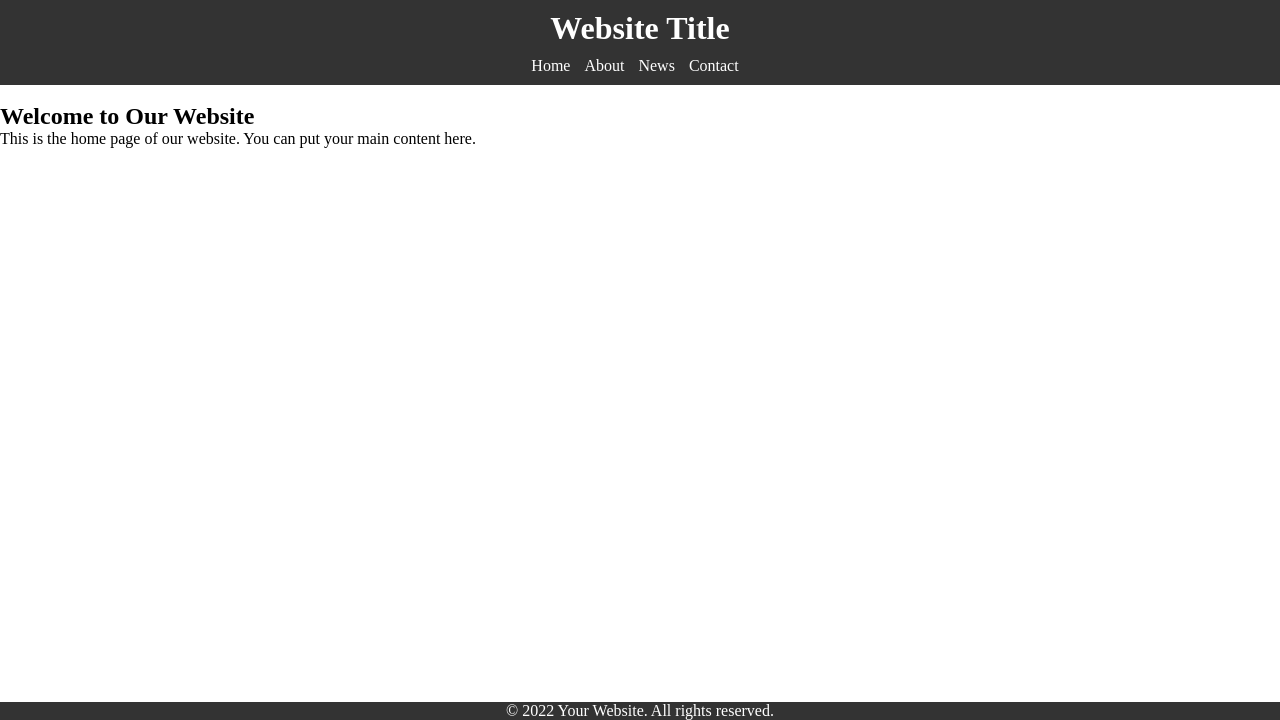
Repository: KHANHD192/Docker_lab
Page: http://localhost/?file=home.php
An editor plug-in stored every save of this project. The page is shown before and after the next save, followed by the edit.
The browser window is 1280 px wide. The pictures show the whole page.
The page is run by PHP 8.4 with error messages shown; the project is at /var/www/html/.

Above is the page before, as saved 2024-04-08 16:47:10.

### src/index.php
<!DOCTYPE html>
<html lang="en">
<head>
    <meta charset="UTF-8">
    <meta name="viewport" content="width=device-width, initial-scale=1.0">
    <title>Header</title>
    <!-- Định nghĩa CSS cho header -->
    <style>
        *{
            padding:0;
            margin:0;
        }


        header {
            background-color: #333;
            color: #fff;
            padding: 10px;
            text-align: center;
        }

        nav {
            text-align: center;
            margin-top: 10px;
        }

        nav ul {
            list-style-type: none;
            padding: 0;
            margin: 0;
        }

        nav ul li {
            display: inline;
            margin-right: 10px;
        }

        nav ul li a {
            color: #fff;
            text-decoration: none;
        }

        nav ul li a:hover {
            text-decoration: underline;
        }
        footer {
            background-color: #333;
            color: #fff;
            text-align: center;
            position: fixed;
            bottom: 0;
            width: 100%;
        }
    </style>
</head>
<body>
<header>
        <h1>Website Title</h1>
        <nav>
            <ul>
                <li><a href="?file=home.php">Home</a></li>
                <li><a href="?file=about.php">About</a></li>
                <li><a href="?file=news.php">News</a></li>
                <li><a href="?file=contact.php">Contact</a></li>
            </ul>
        </nav>
    </header>
    <content>
        <?php

        // print_r($black_list);
//validate
       if(empty($_GET['file'])) {
        include("include/home.php");
       }else {
        // echo "haha";/
        $black_list= array(
            "/etc/issue",
            "/etc/passwd",
            "/etc/shadow",
            "/etc/group",
            "/etc/hosts",
            "/etc/motd",
            "/proc/[0-9]*/fd/[0-9]*",
            "/proc/self/environ",
            "/proc/version",
            "/proc/cmdline",
            "/proc/sched_debug",
            "/proc/mounts",
            "/proc/net/arp",
            "/proc/net/route",
            "/proc/net/tcp"
        );
        $path=str_replace("../","",$_GET['file']);
        // echo $path;
        echo "</br>";

        foreach($black_list as $item){
            echo stripos($path,$item);
            // if(stripos($path,$item) >=0 ){
            //     echo "<h3>Hacking detected !</h3>";
            //     echo "</br>";
            //     die();
            // }
        }
        $src = "include/".$path;
        include($src);
       }
        ?>
    </content>
    <footer>
     <p>&copy; 2022 Your Website. All rights reserved.</p>
    </footer>
</body>
</html>

### src/include/home.php
<div>
        <h2>Welcome to Our Website</h2>
        <p>This is the home page of our website. You can put your main content here.</p>
</div>

After the next save:
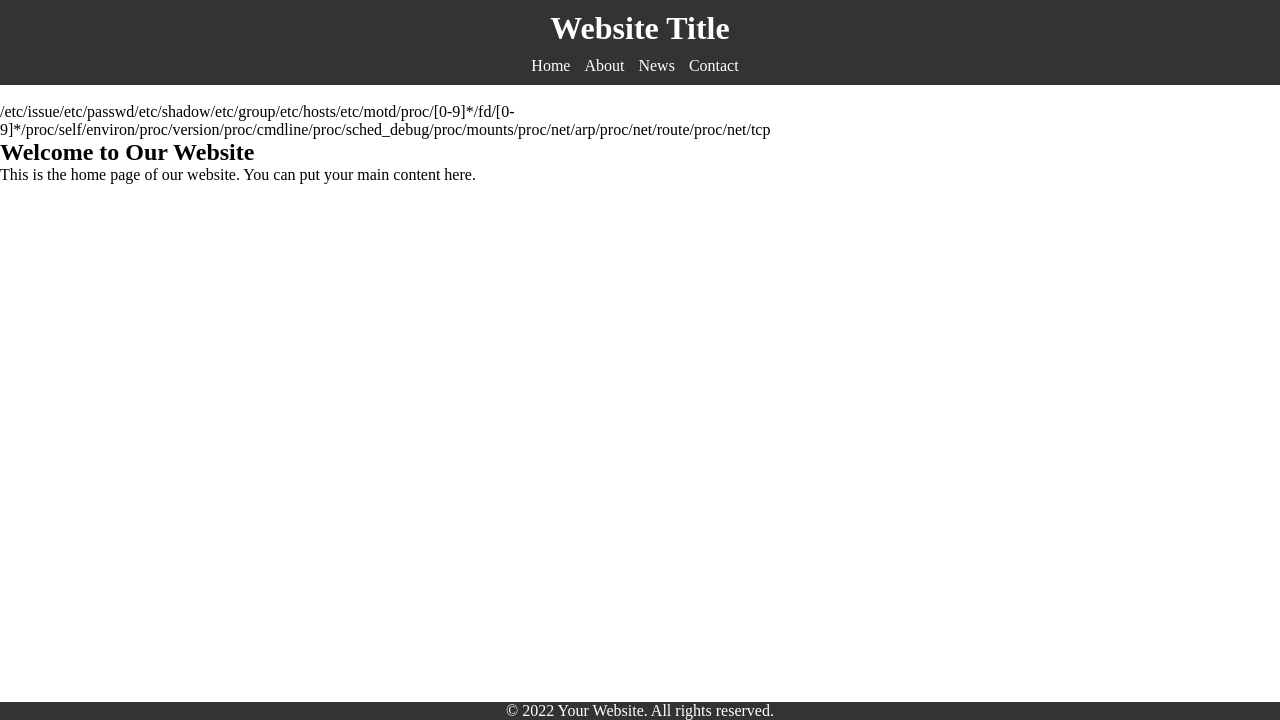
Saved 21 s later.
--- a/src/index.php
+++ b/src/index.php
@@ -96,6 +96,7 @@
         echo "</br>";
 
         foreach($black_list as $item){
+            echo $item;
             echo stripos($path,$item);
             // if(stripos($path,$item) >=0 ){
             //     echo "<h3>Hacking detected !</h3>";

After the save that followed:
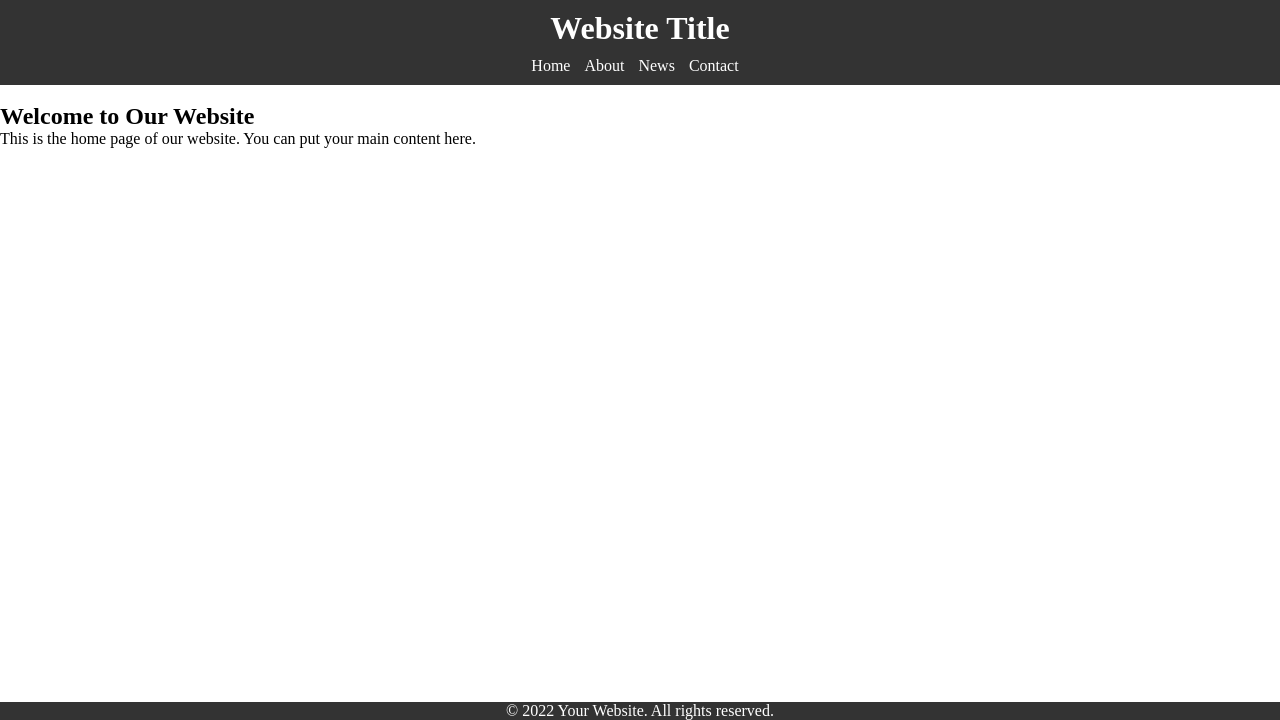
Saved 9 s later.
--- a/src/index.php
+++ b/src/index.php
@@ -96,7 +96,7 @@
         echo "</br>";
 
         foreach($black_list as $item){
-            echo $item;
+            // echo $item;
             echo stripos($path,$item);
             // if(stripos($path,$item) >=0 ){
             //     echo "<h3>Hacking detected !</h3>";
